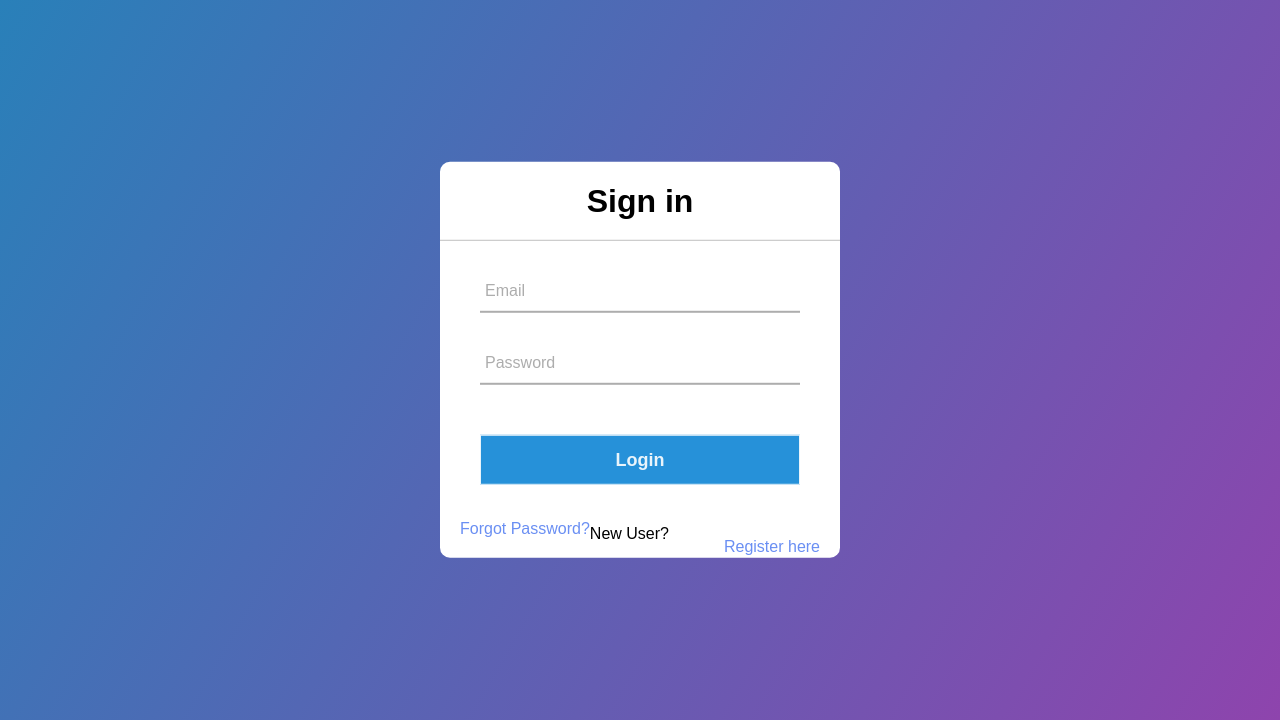
Repository: poornasyamasundar/Software-Project-Manager
Page: SoftwareManager/Templates/login.html
The author's editor kept a copy of each file at every save. The page is drawn from the files as they stood at one save, then again after the next save.
The browser window is 1280 px wide. The pictures show the whole page.

Above is the page before, as saved 2021-10-19 09:26:01.

After the next save:
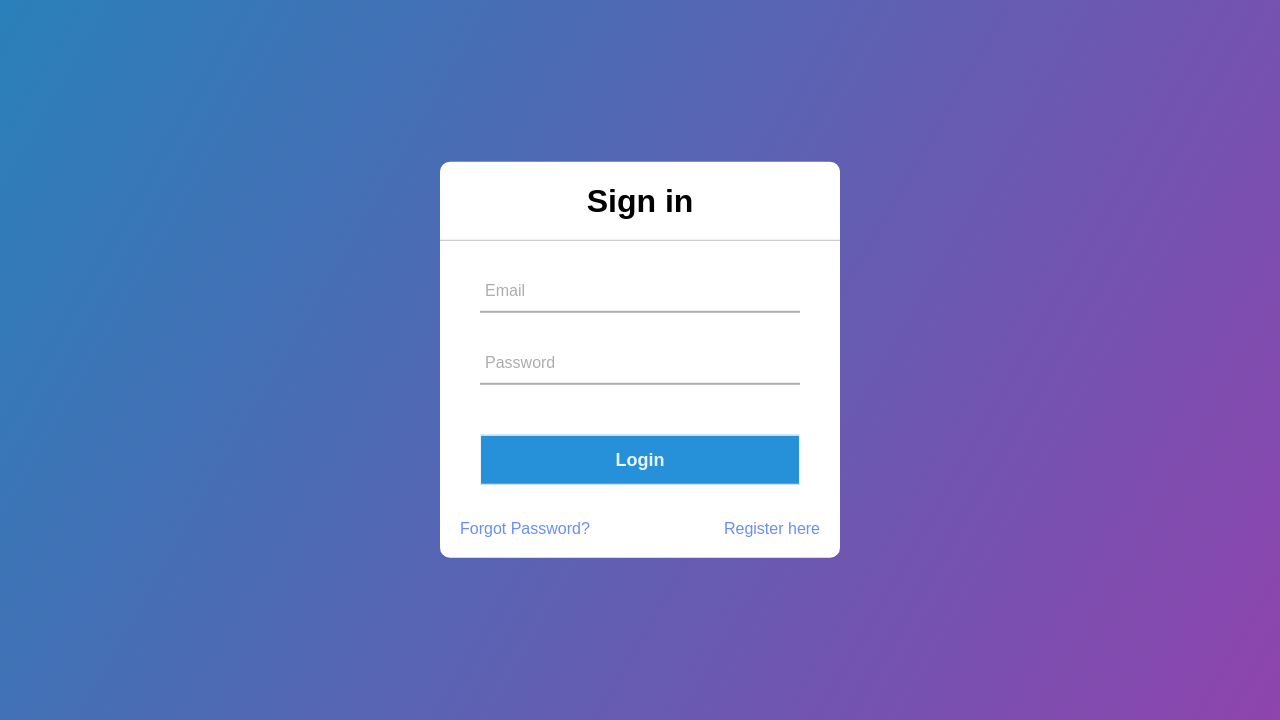
Saved 103 min 14 s later.
--- a/SoftwareManager/Templates/login.html
+++ b/SoftwareManager/Templates/login.html
@@ -50,7 +50,7 @@
 			  <input type="submit" name="submit" value="Login">
 			</form>
 			<div class="pass">Forgot Password?</div>
-		<div class="newuser">New User?</div>
+		<!-- <div class="newuser">New User?</div>  -->
 		<div class="reghere">Register here</div>
 
 		  </div>
